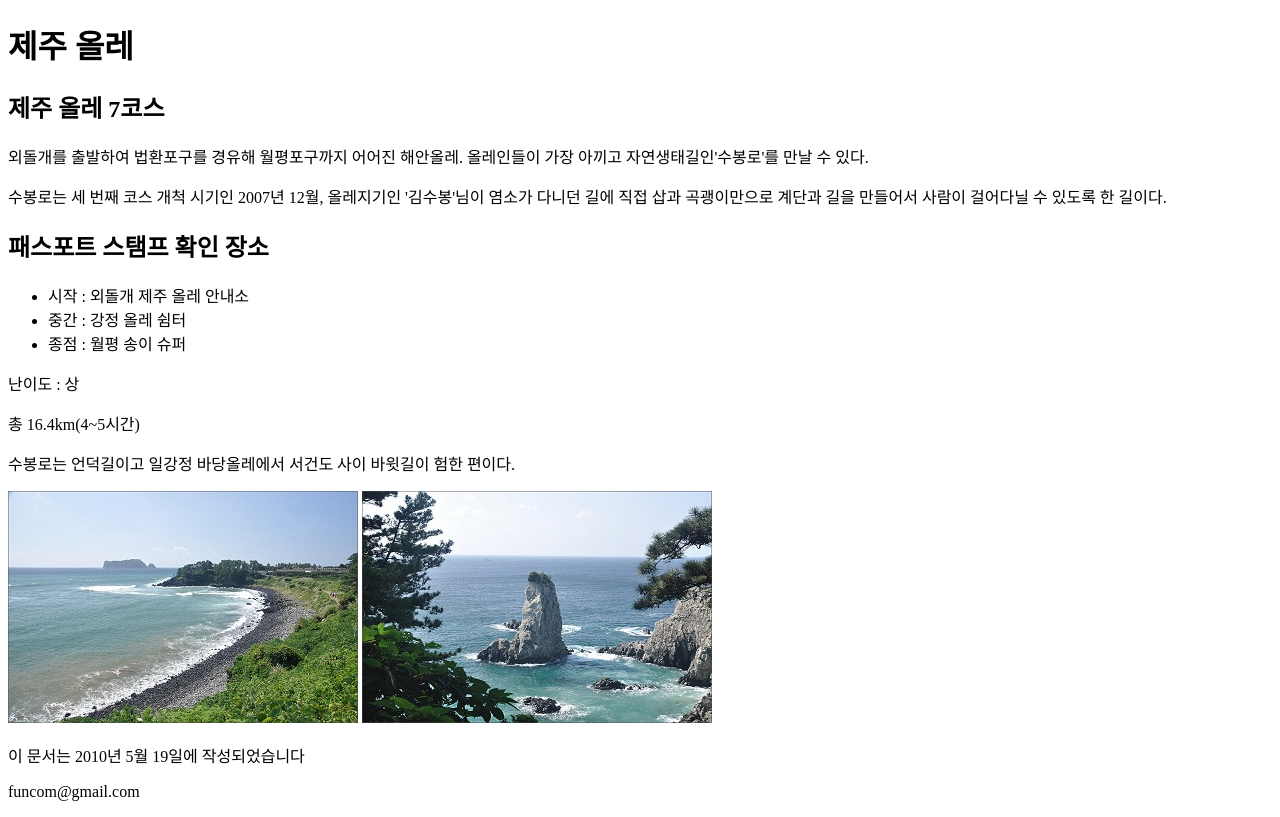
Repository: WonSeungUn/VSCODE
Page: web_work/Html/WebContent/sample2.html
The author's editor kept a copy of each file at every save. The page is drawn from the files as they stood at one save, then again after the next save.
The browser window is 1280 px wide. The pictures show the whole page.

Above is the page before, as saved 2024-07-08 07:31:45.

### web_work/Html/WebContent/sample2.html
<!DOCTYPE html>
<html>
<head>
<meta charset="UTF-8">
<title>Insert title here</title>
</head>
<body>
	<header>
		<h1>제주 올레</h1>
	</header>

	<section>
	    <header>
	  		<h2>제주 올레 7코스</h2>
	  	<p>
		  	외돌개를 출발하여 법환포구를 경유해 월평포구까지 어어진 해안올레.
		  	올레인들이 가장 아끼고 자연생태길인'수봉로'를 만날 수 있다.
		</p>
		<p>
		  	수봉로는 세 번째 코스 개척 시기인 2007년 12월,
		  	올레지기인 '김수봉'님이 염소가 다니던 길에 직접 삽과 곡괭이만으로 계단과 길을 만들어서 사람이 걸어다닐 수 있도록 한 길이다.
	  	 </p>
	  </header>
   </section>

   <article>
	<section>
  		<h2>패스포트 스탬프 확인 장소</h2>
  		<ul>
  			<li>시작 : 외돌개 제주 올레 안내소</li>
  			<li>중간 : 강정 올레 쉼터 </li>
  			<li>종점 : 월평 송이 슈퍼</li>
  		</ul>
	</section>

	<section>
		<p> 난이도 : 상</p>
		<p>총 16.4km(4~5시간)</p>
		<p>수봉로는 언덕길이고 일강정 바당올레에서 서건도 사이 바윗길이 험한 편이다.</p>
	</section>

 	<section>
    <img src="images/road1.jpg">


    <img src="images/road2.jpg">
    </section>
    </article>

	<footer>
		<p>이 문서는 <time datetime="2010-05-19">2010년 5월 19일</time>에 작성되었습니다</p>
		<p>funcom@gmail.com</p>
	</footer>
</body>
</html>

After the next save:
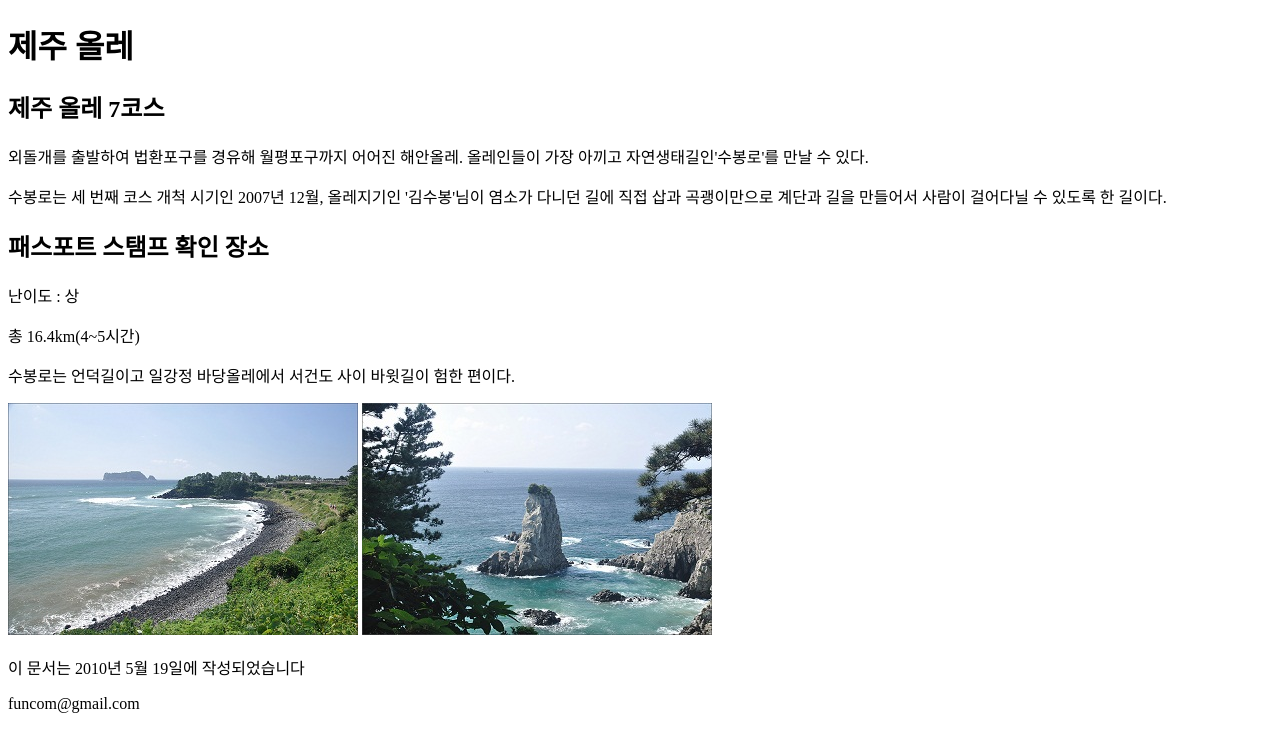
Saved 68 s later.
--- a/web_work/Html/WebContent/sample2.html
+++ b/web_work/Html/WebContent/sample2.html
@@ -24,14 +24,21 @@
    </section>
 
    <article>
-	<section>
-  		<h2>패스포트 스탬프 확인 장소</h2>
-  		<ul>
-  			<li>시작 : 외돌개 제주 올레 안내소</li>
-  			<li>중간 : 강정 올레 쉼터 </li>
-  			<li>종점 : 월평 송이 슈퍼</li>
-  		</ul>
-	</section>
+	<header><h2>패스포트 스탬프 확인 장소</h2></header>
+  		<div>
+  			<dl>
+  				<dt></dt>
+  				<dd></dd>
+  			</dl>
+  			<dl>
+  				<dt></dt>
+  				<dd></dd>
+  			</dl>
+  			<dl>
+  				<dt></dt>
+  				<dd></dd>
+  			</dl>
+  		</div>
 
 	<section>
 		<p> 난이도 : 상</p>
